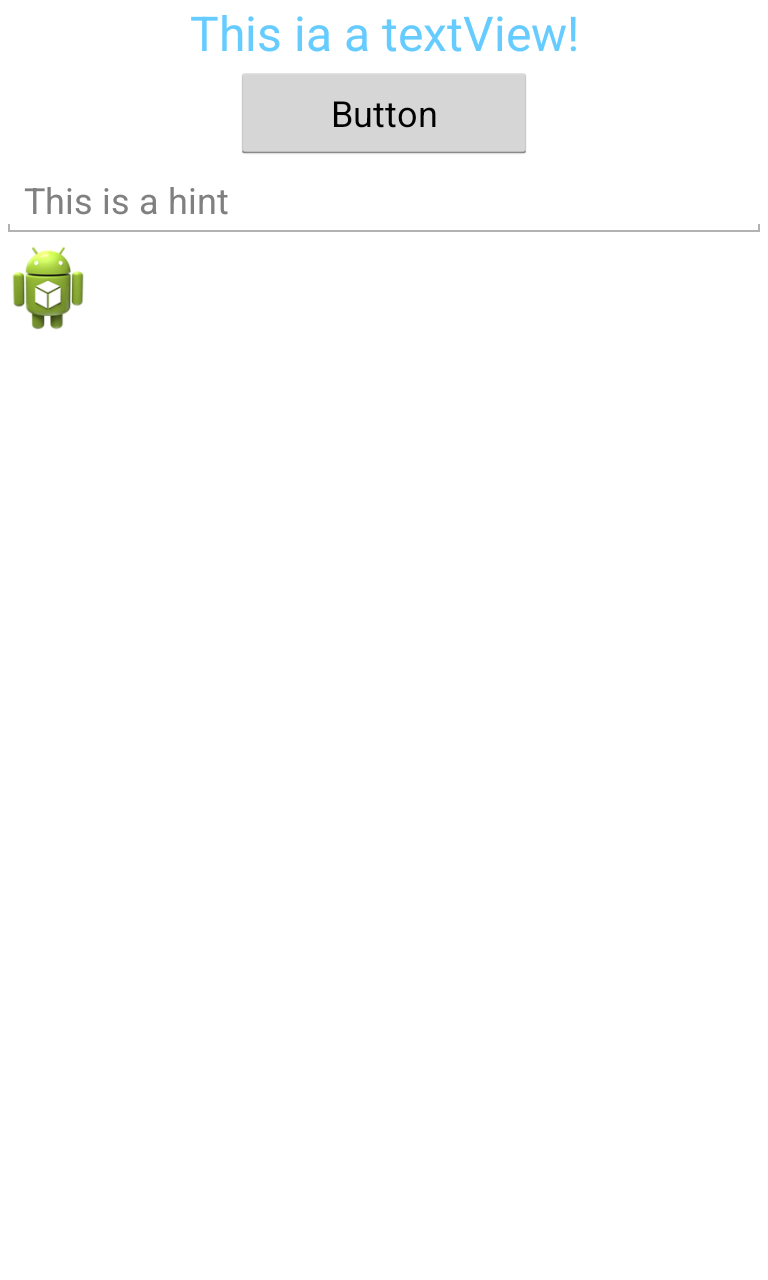
Repository: Ollyder/eclipse_work
Layout: UIWidgetTest/res/layout/activity_main.xml
These files come from the project's save history. The layout is drawn as it stood at one moment and after the next save; the edit follows.
It is drawn on a 768 x 1280 px phone screen (xhdpi) without system bars, with theme AppTheme; the app's code is not run.

Above is the layout before, as saved 2017-05-27 02:23:18.

After the next save:
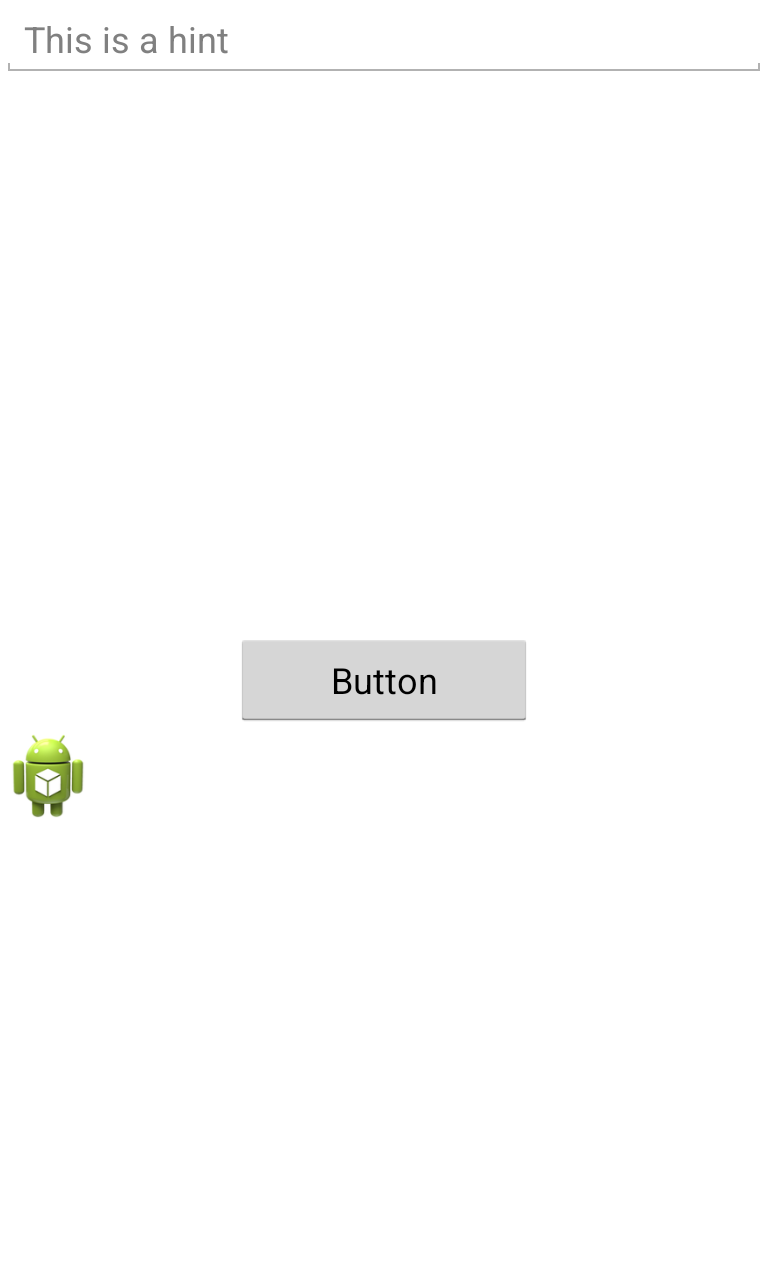
Saved 79 s later.
--- a/UIWidgetTest/res/layout/activity_main.xml
+++ b/UIWidgetTest/res/layout/activity_main.xml
@@ -3,18 +3,27 @@
     android:layout_height="match_parent"
     android:orientation="vertical" >
 
-    <TextView
-        android:id="@+id/text_view"
-        android:layout_width="match_parent"
-        android:layout_height="wrap_content"
-        android:text="This ia a textView!"
-        android:gravity="center"
-        android:textSize="24sp"
-        android:textColor="#66ccff"/>
+
     <LinearLayout
         android:layout_width="match_parent"
         android:layout_height="wrap_content"
         android:orientation="horizontal" >
+
+        <TextView
+        android:id="@+id/text_view"
+        android:layout_width="wrap_parent"
+        android:layout_height="wrap_content"
+        android:text="This ia a textView!"
+        android:gravity="center"
+        android:textColor="#66ccff"/>
+
+        <EditText
+        android:id="@+id/edit_text"
+        android:layout_width="match_parent"
+        android:layout_height="wrap_content"
+        android:layout_weight="1"
+        android:hint="This is a hint"
+        android:maxLines="2"/>
 
     </LinearLayout>
 
@@ -25,12 +34,7 @@
         android:text="Button"
         android:layout_gravity="center" />
 
-    <EditText
-        android:id="@+id/edit_text"
-        android:layout_width="match_parent"
-        android:layout_height="wrap_content"
-        android:hint="This is a hint"
-        android:maxLines="2"/>
+
 
     <ImageView
         android:id="@+id/image_view"
